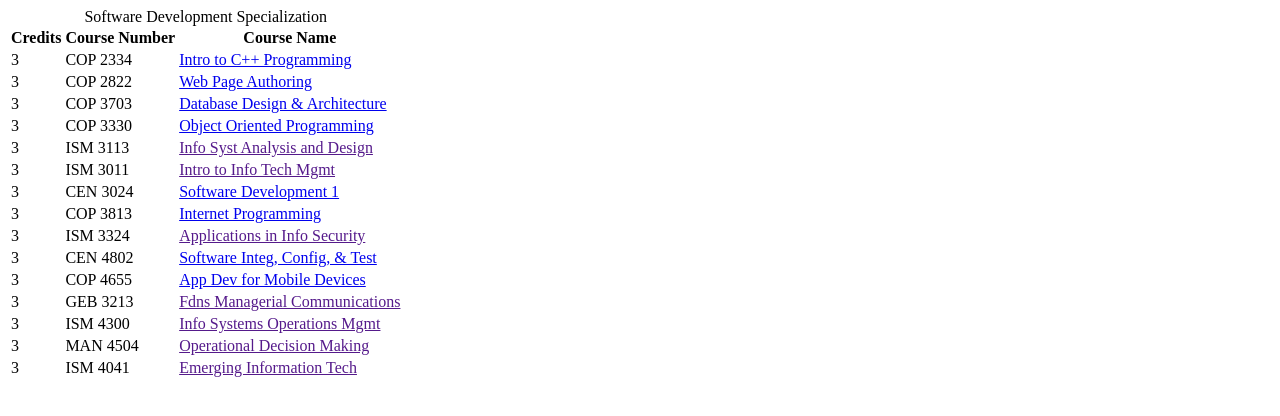
Repository: mlmEFSC21/P3-DegreeSpecializationTable
Page: index.html
The author's editor kept a copy of each file at every save. The page is drawn from the files as they stood at one save, then again after the next save.
The browser window is 1280 px wide. The pictures show the whole page.

Above is the page before, as saved 2022-02-01 20:03:19.

### index.html
<!DOCTYPE html>
<html lang="en">
    <head>
        <meta charset="UTF-8" />
        <meta http-equiv="X-UA-Compatible" content="IE=edge" />
        <meta name="viewport" content="width=device-width, initial-scale=1.0" />
        <title>Degree Specialization Table</title>
    </head>
    <body>
        <table>
            <caption class="tableTitle">
                Software Development Specialization
            </caption>
            <tr class="colTitles">
                <th>Credits</th>
                <th>Course Number</th>
                <th>Course Name</th>
            </tr>
            <tr>
                <td>3</td>
                <td>COP 2334</td>
                <td>
                    <a
                        href="https://bannerweb.easternflorida.edu/prod/bwckctlg.p_disp_course_detail?cat_term_in=202210&subj_code_in=COP&crse_numb_in=1000"
                        >Intro to C++ Programming</a
                    >
                </td>
            </tr>
            <tr>
                <td>3</td>
                <td>COP 2822</td>
                <td>
                    <a
                        href="https://bannerweb.easternflorida.edu/prod/bwckctlg.p_disp_course_detail?cat_term_in=202210&subj_code_in=COP&crse_numb_in=2822"
                        >Web Page Authoring</a
                    >
                </td>
            </tr>
            <tr>
                <td>3</td>
                <td>COP 3703</td>
                <td>
                    <a
                        href="https://bannerweb.easternflorida.edu/prod/bwckctlg.p_disp_course_detail?cat_term_in=202210&subj_code_in=COP&crse_numb_in=3703"
                        >Database Design & Architecture</a
                    >
                </td>
            </tr>
            <tr>
                <td>3</td>
                <td>COP 3330</td>
                <td>
                    <a
                        href="https://bannerweb.easternflorida.edu/prod/bwckctlg.p_disp_course_detail?cat_term_in=202210&subj_code_in=COP&crse_numb_in=3330"
                        >Object Oriented Programming</a
                    >
                </td>
            </tr>
            <tr>
                <td>3</td>
                <td>ISM 3113</td>
                <td><a href="">Info Syst Analysis and Design</a></td>
            </tr>
            <tr>
                <td>3</td>
                <td>ISM 3011</td>
                <td><a href="">Intro to Info Tech Mgmt</a></td>
            </tr>
            <tr>
                <td>3</td>
                <td>CEN 3024</td>
                <td>
                    <a
                        href="https://bannerweb.easternflorida.edu/prod/bwckctlg.p_disp_course_detail?cat_term_in=202210&subj_code_in=CEN&crse_numb_in=3024"
                        >Software Development 1</a
                    >
                </td>
            </tr>
            <tr>
                <td>3</td>
                <td>COP 3813</td>
                <td>
                    <a
                        href="https://bannerweb.easternflorida.edu/prod/bwckctlg.p_disp_course_detail?cat_term_in=202210&subj_code_in=COP&crse_numb_in=3813"
                        >Internet Programming</a
                    >
                </td>
            </tr>
            <tr>
                <td>3</td>
                <td>ISM 3324</td>
                <td><a href="">Applications in Info Security</a></td>
            </tr>
            <tr>
                <td>3</td>
                <td>CEN 4802</td>
                <td>
                    <a
                        href="https://bannerweb.easternflorida.edu/prod/bwckctlg.p_disp_course_detail?cat_term_in=202210&subj_code_in=CEN&crse_numb_in=4802"
                        >Software Integ, Config, & Test</a
                    >
                </td>
            </tr>
            <tr>
                <td>3</td>
                <td>COP 4655</td>
                <td>
                    <a
                        href="https://bannerweb.easternflorida.edu/prod/bwckctlg.p_disp_course_detail?cat_term_in=202210&subj_code_in=COP&crse_numb_in=4655"
                        >App Dev for Mobile Devices</a
                    >
                </td>
            </tr>
            <tr>
                <td>3</td>
                <td>GEB 3213</td>
                <td><a href="">Fdns Managerial Communications</a></td>
            </tr>
            <tr>
                <td>3</td>
                <td>ISM 4300</td>
                <td><a href="">Info Systems Operations Mgmt</a></td>
            </tr>
            <tr>
                <td>3</td>
                <td>MAN 4504</td>
                <td><a href="">Operational Decision Making</a></td>
            </tr>
            <tr>
                <td>3</td>
                <td>ISM 4041</td>
                <td><a href="">Emerging Information Tech</a></td>
            </tr>
        </table>
    </body>
</html>

After the next save:
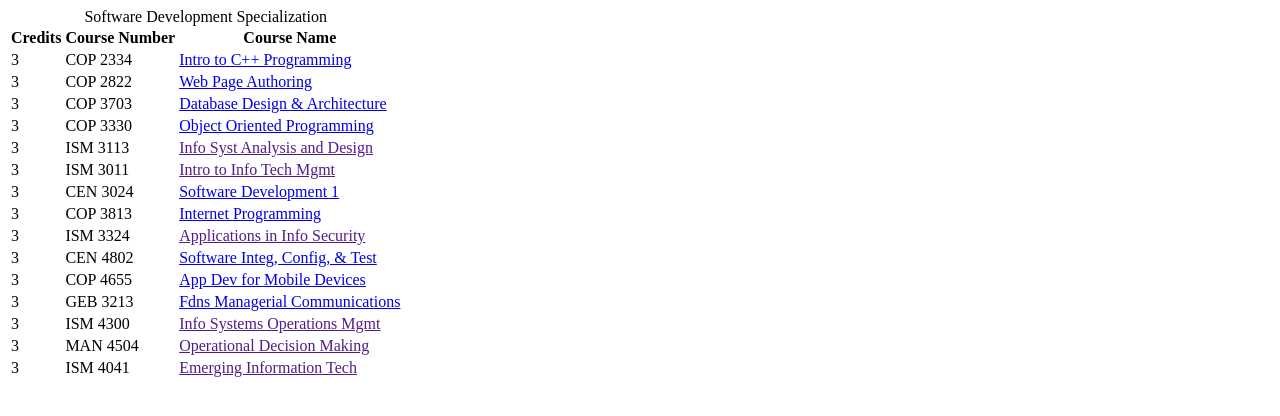
Saved 20 min 45 s later.
--- a/index.html
+++ b/index.html
@@ -114,7 +114,12 @@
             <tr>
                 <td>3</td>
                 <td>GEB 3213</td>
-                <td><a href="">Fdns Managerial Communications</a></td>
+                <td>
+                    <a
+                        href="https://bannerweb.easternflorida.edu/prod/bwckctlg.p_disp_course_detail?cat_term_in=202210&subj_code_in=GEB&crse_numb_in=3213"
+                        >Fdns Managerial Communications</a
+                    >
+                </td>
             </tr>
             <tr>
                 <td>3</td>
